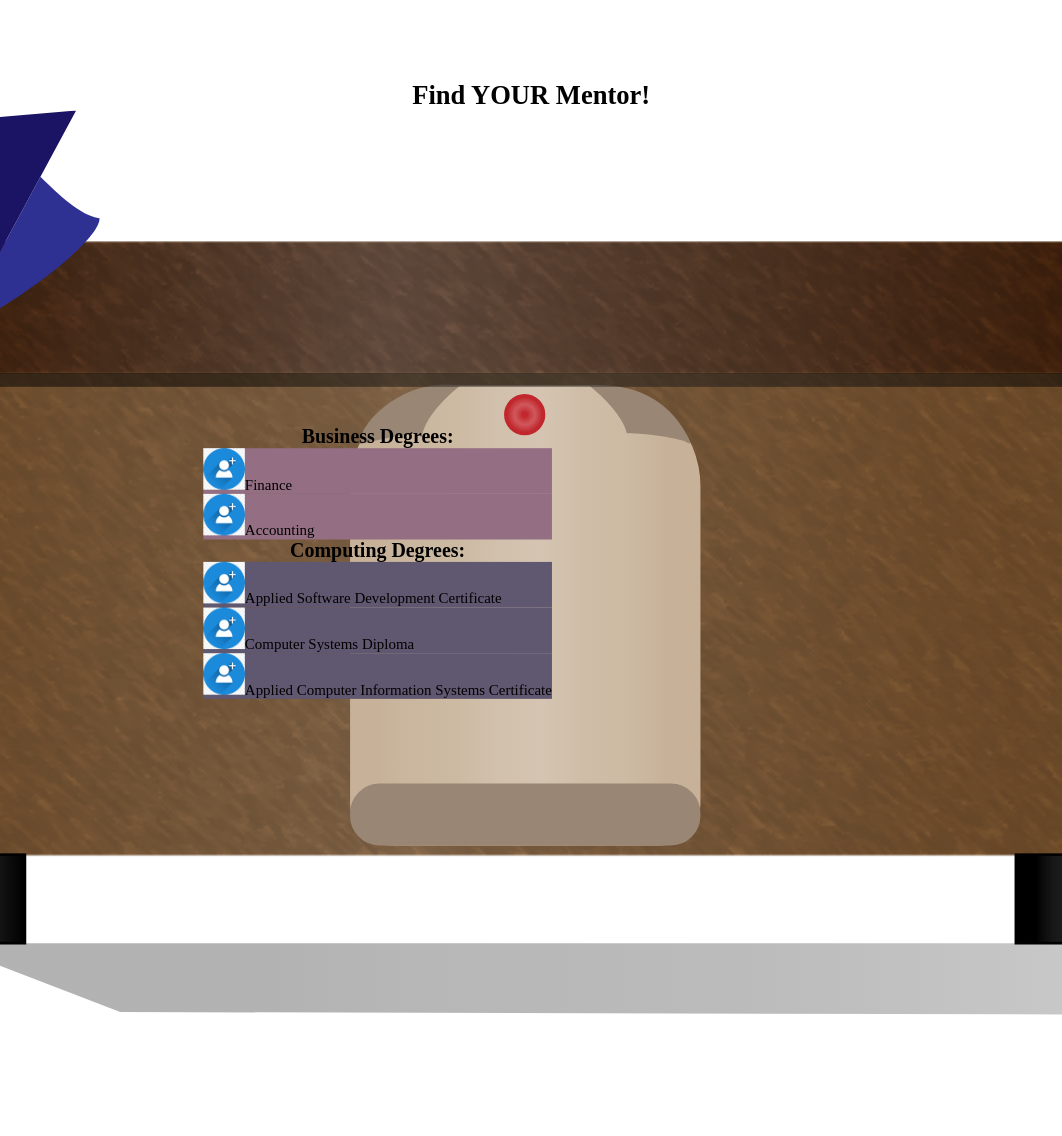
Repository: anikagrewal/week3example
Page: /home
These files come from the project's save history. The page is drawn as it stood at one moment and after the next save; the edit follows.
The browser window is 1280 px wide. The pictures show the whole page, at 83% of full size.
The project was rebuilt for these pictures with package versions that can differ from the ones it lists, and the page was loaded fresh each time. The framework's server and built-in components were replaced by stand-ins that run in the browser. Also part of the build but not shown: next.config.js.

Above is the page before, as saved 2023-01-23 01:49:17.

### pages/home.js
import Head from 'next/head'
import Image from 'next/image'
import { Inter } from '@next/font/google'
import styles from '@/styles/Home.module.css'
import data from '../data/education.json'
import { useState } from 'react'
import Card from '../components/Card'
import Link from 'next/link'

const inter = Inter({ subsets: ['latin'] })

console.log(data);
export default function Home() {

  const [information, setInformation] = useState([...data])

  return (
    <>
      <Head>
        <title>Create Next App</title>
        <meta name="description" content="Generated by create next app" />
        <meta name="viewport" content="width=device-width, initial-scale=1" />
        <link rel="icon" href="/favicon.ico" />
      </Head>
      <main className={styles.main}>

      <div className={styles.mainheader}>
        <h1>Find YOUR Mentor!</h1>

      </div>




        <div className={styles.grid}>
          <div className={styles.gridlayout}>


          <div className={styles.scroll}>

        <h2 className={styles.busdeg}>Business Degrees: </h2>
          {information && information.map((info, index) => {
            if(info.department === "Business") {
              return (
                <Card key={index} degree={info.degree} colour="#946E83" font="18px"/>
              )
            }


          })}



          <h2 className={styles.compdeg}>Computing Degrees:</h2>
            {information && information.map((info, index) => {
            if(info.department.toLowerCase() === "computing") {
              return (
                <Card key={index} degree={info.degree} colour="#605770" font="18px"/>
              )
            }
          })}



          </div>

          <Image
          className={styles.deskimage}
          width={2100}
          height={1090}
          src={'/vector/desk.svg'}

         />

        </div>
        <button className={styles.button}> <Link href="about">About</Link></button>
        </div>




      </main>
    </>
  )
}

### styles/globals.css
:root {
  --max-width: 1100px;
  --border-radius: 12px;
  --font-mono: ui-monospace, Menlo, Monaco, 'Cascadia Mono', 'Segoe UI Mono',
    'Roboto Mono', 'Oxygen Mono', 'Ubuntu Monospace', 'Source Code Pro',
    'Fira Mono', 'Droid Sans Mono', 'Courier New', monospace;

  --foreground-rgb: #E3DFFF;
  --background-start-rgb: #E3DFFF;
  --background-end-rgb: #E3DFFF;
  --background-body-color: #E3DFFF;

  --primary-glow: conic-gradient(
    from 180deg at 50% 50%,
    #16abff33 0deg,
    #0885ff33 55deg,
    #54d6ff33 120deg,
    #0071ff33 160deg,
    transparent 360deg
  );
  --secondary-glow: radial-gradient(
    rgba(#E3DFFF, 1),
    rgba(#E3DFFF, 0)
  );

  --tile-start-rgb: 239, 245, 249;
  --tile-end-rgb: 228, 232, 233;
  --tile-border: conic-gradient(
    #00000080,
    #00000040,
    #00000030,
    #00000020,
    #00000010,
    #00000010,
    #00000080
  );

  --callout-rgb: #E3DFFF;
  --callout-border-rgb: 172, 175, 176;
  --card-rgb: 180, 185, 188;
  --card-border-rgb: 131, 134, 135;
}

@media (prefers-color-scheme: dark) {
  :root {
    --foreground-rgb: #E3DFFF;
    --background-start-rgb: 0, 0, 0;
    --background-end-rgb: 0, 0, 0;

    --primary-glow: radial-gradient(rgba(1, 65, 255, 0.4), rgba(1, 65, 255, 0));
    --secondary-glow: linear-gradient(
      to bottom right,
      rgba(1, 65, 255, 0),
      rgba(1, 65, 255, 0),
      rgba(1, 65, 255, 0.3)
    );

    --tile-start-rgb: 2, 13, 46;
    --tile-end-rgb: 2, 5, 19;
    --tile-border: conic-gradient(
      #ffffff80,
      #ffffff40,
      #ffffff30,
      #ffffff20,
      #ffffff10,
      #ffffff10,
      #ffffff80
    );

    --callout-rgb: 20, 20, 20;
    --callout-border-rgb: 108, 108, 108;
    --card-rgb: 100, 100, 100;
    --card-border-rgb: 200, 200, 200;
  }
}

* {
  box-sizing: border-box;
  padding: 0;
  margin: 0;
}

html,
body {
  max-width: 100vw;
  overflow-x: hidden;
}

body {
  color: rgb(var(--foreground-rgb));
  background: linear-gradient(
      to bottom,
      transparent,
      rgb(var(--background-end-rgb))
    )
    rgb(var(--background-start-rgb));
}

a {
  color: inherit;
  text-decoration: none;
}

@media (prefers-color-scheme: dark) {
  html {
    color-scheme: light;
  }
}

### styles/Home.module.css
.main {
  display: flex;
  flex-direction: column;
  justify-content: space-between;
  align-items: center;
  padding: 6rem;
  min-height: 100vh;
}

.description {
  display: inherit;
  justify-content: inherit;
  align-items: inherit;
  font-size: 0.85rem;
  max-width: var(--max-width);
  width: 100%;
  z-index: 2;
  font-family: var(--font-mono);
}

.description a {
  display: flex;
  justify-content: center;
  align-items: center;
  gap: 0.5rem;
}

.description p {
  position: relative;
  margin: 0;
  padding: 1rem;
  background-color: rgba(var(--callout-rgb), 0.5);
  border: 1px solid rgba(var(--callout-border-rgb), 0.3);
  border-radius: var(--border-radius);
}

.code {
  font-weight: 700;
  font-family: var(--font-mono);
}

.grid {
  display: grid;
  grid-template-columns: (4, minmax(25%, auto));
  width: var(--max-width);
  max-width: 100%;
  justify-content: center;

}

.gridlayout {
  display: flex;
  flex-direction: column;
 gap: 70px;
}

.deskimage {
  z-index: 2;
}
.card {
  padding: 1rem 1.2rem;
  border-radius: var(--border-radius);
  background: rgba(var(--card-rgb), 0);
  border: 1px solid rgba(var(--card-border-rgb), 0);
  transition: background 200ms, border 200ms;
}

.card span {
  display: inline-block;
  transition: transform 200ms;
}

.card h2 {
  font-weight: 600;
  margin-bottom: 0.7rem;
}

.card p {
  margin: 0;
  opacity: 0.6;
  font-size: 0.9rem;
  line-height: 1.5;
  max-width: 30ch;
}

.center {
  display: flex;
  justify-content: center;
  align-items: center;
  position: relative;
  padding: 4rem 0;
}

.center::before {
  background: var(--secondary-glow);
  border-radius: 50%;
  width: 480px;
  height: 360px;
  margin-left: -400px;
}

.center::after {
  background: var(--primary-glow);
  width: 240px;
  height: 180px;
  z-index: -1;
}

.center::before,
.center::after {
  content: '';
  left: 50%;
  position: absolute;
  filter: blur(45px);
  transform: translateZ(0);
}

.logo,
.thirteen {
  position: relative;
}

.thirteen {
  display: flex;
  justify-content: center;
  align-items: center;
  width: 75px;
  height: 75px;
  padding: 25px 10px;
  margin-left: 16px;
  transform: translateZ(0);
  border-radius: var(--border-radius);
  overflow: hidden;
  box-shadow: 0px 2px 8px -1px #0000001a;
}

.thirteen::before,
.thirteen::after {
  content: '';
  position: absolute;
  z-index: -1;
}

.busdeg {
  display: flex;
  justify-content: center;
}

.compdeg {
  display: flex;
  justify-content: center;
}

.button {
  width: 150px;
  height: 50px;
  border-radius: 5px;
  font-size: 20px;
}

.deskimage {
  display: flex;
  justify-content: center;
  align-items: center;
  position: relative;
  z-index: -1;
  margin-left: 2.5%;
}





.scroll {
  margin-top: 380px;
  margin-left: 655px;
  position: absolute;

}

/* Conic Gradient Animation */
.thirteen::before {
  animation: 6s rotate linear infinite;
  width: 200%;
  height: 200%;
  background: var(--tile-border);
}

/* Inner Square */
.thirteen::after {
  inset: 0;
  padding: 1px;
  border-radius: var(--border-radius);
  background: linear-gradient(
    to bottom right,
    rgba(var(--tile-start-rgb), 1),
    rgba(var(--tile-end-rgb), 1)
  );
  background-clip: content-box;
}

/* Enable hover only on non-touch devices */
@media (hover: hover) and (pointer: fine) {
  .card:hover {
    background: rgba(var(--card-rgb), 0.1);
    border: 1px solid rgba(var(--card-border-rgb), 0.15);
  }

  .card:hover span {
    transform: translateX(4px);
  }
}

@media (prefers-reduced-motion) {
  .thirteen::before {
    animation: none;
  }

  .card:hover span {
    transform: none;
  }
}

/* Mobile */
@media (max-width: 700px) {
  .content {
    padding: 4rem;
  }

  .grid {
    grid-template-columns: 1fr;
    margin-bottom: 120px;
    max-width: 320px;
    text-align: center;
  }

  .card {
    padding: 1rem 2.5rem;
  }

  .card h2 {
    margin-bottom: 0.5rem;
  }

  .center {
    padding: 8rem 0 6rem;
  }

  .center::before {
    transform: none;
    height: 300px;
  }

  .description {
    font-size: 0.8rem;
  }

  .description a {
    padding: 1rem;
  }

  .description p,
  .description div {
    display: flex;
    justify-content: center;
    position: fixed;
    width: 100%;
  }

  .description p {
    align-items: center;
    inset: 0 0 auto;
    padding: 2rem 1rem 1.4rem;
    border-radius: 0;
    border: none;
    border-bottom: 1px solid rgba(var(--callout-border-rgb), 0.25);
    background: linear-gradient(
      to bottom,
      rgba(var(--background-start-rgb), 1),
      rgba(var(--callout-rgb), 0.5)
    );
    background-clip: padding-box;
    backdrop-filter: blur(24px);
  }

  .description div {
    align-items: flex-end;
    pointer-events: none;
    inset: auto 0 0;
    padding: 2rem;
    height: 200px;
    background: linear-gradient(
      to bottom,
      transparent 0%,
      rgb(var(--background-end-rgb)) 40%
    );
    z-index: 1;
  }
}

/* Tablet and Smaller Desktop */
@media (min-width: 701px) and (max-width: 1120px) {
  .grid {
    grid-template-columns: repeat(2, 50%);
  }
}

@media (prefers-color-scheme: dark) {
  .vercelLogo {
    filter: invert(1);
  }

  .logo,
  .thirteen img {
    filter: invert(1) drop-shadow(0 0 0.3rem #ffffff70);
  }
}

@keyframes rotate {
  from {
    transform: rotate(360deg);
  }
  to {
    transform: rotate(0deg);
  }
}

### data/education.json
[
        {
            "studentNumber": "A0004567",
            "firstName": "Person 1",
            "gpa": 3.8,
            "department": "Business",
            "degree": "Finance",
            "graduted": 2014
        },
        {
            "studentNumber": "A0001234",
            "firstName": "Person 2",
            "gpa": 3.5,
            "department": "Business",
            "degree": "Accounting",
            "graduted": 2010
        },
        {
            "studentNumber": "A0007890",
            "firstName": "Person 3",
            "gpa": 3.2,
            "department": "Computing",
            "degree": "Applied Software Development Certificate",
            "graduted": 2018
        },
        {
            "studentNumber": "A0007828",
            "firstName": "Person 4",
            "gpa": 3.9,
            "department": "Computing",
            "degree": "Computer Systems Diploma",
            "graduted": 2021
        },
        {
            "studentNumber": "A0003425",
            "firstName": "Person 5",
            "gpa": 3.2,
            "department": "Computing",
            "degree": "Applied Computer Information Systems Certificate",
            "graduted": 2021
        }
]

### components/Card/index.js
export default function Card({
    degree = "none",
    colour = "purple",
    font = "0",
    image = "icon/personTwo.png"
}) {
    return(
        <div style={{backgroundColor: colour, fontSize:font}}>
            {
                colour === "red" ? <img src={'icon/person.png'} width="50"/> :
                colour === "blue" ? <img src={'icon/personThree.png'} width="50"/>:
                                     <img src={image} width="50"/>
            }
            {degree}
        </div>
    )
}

Loaded but not shown: pages/_app.js (common file); pages/_document.js (common file)

After the next save:
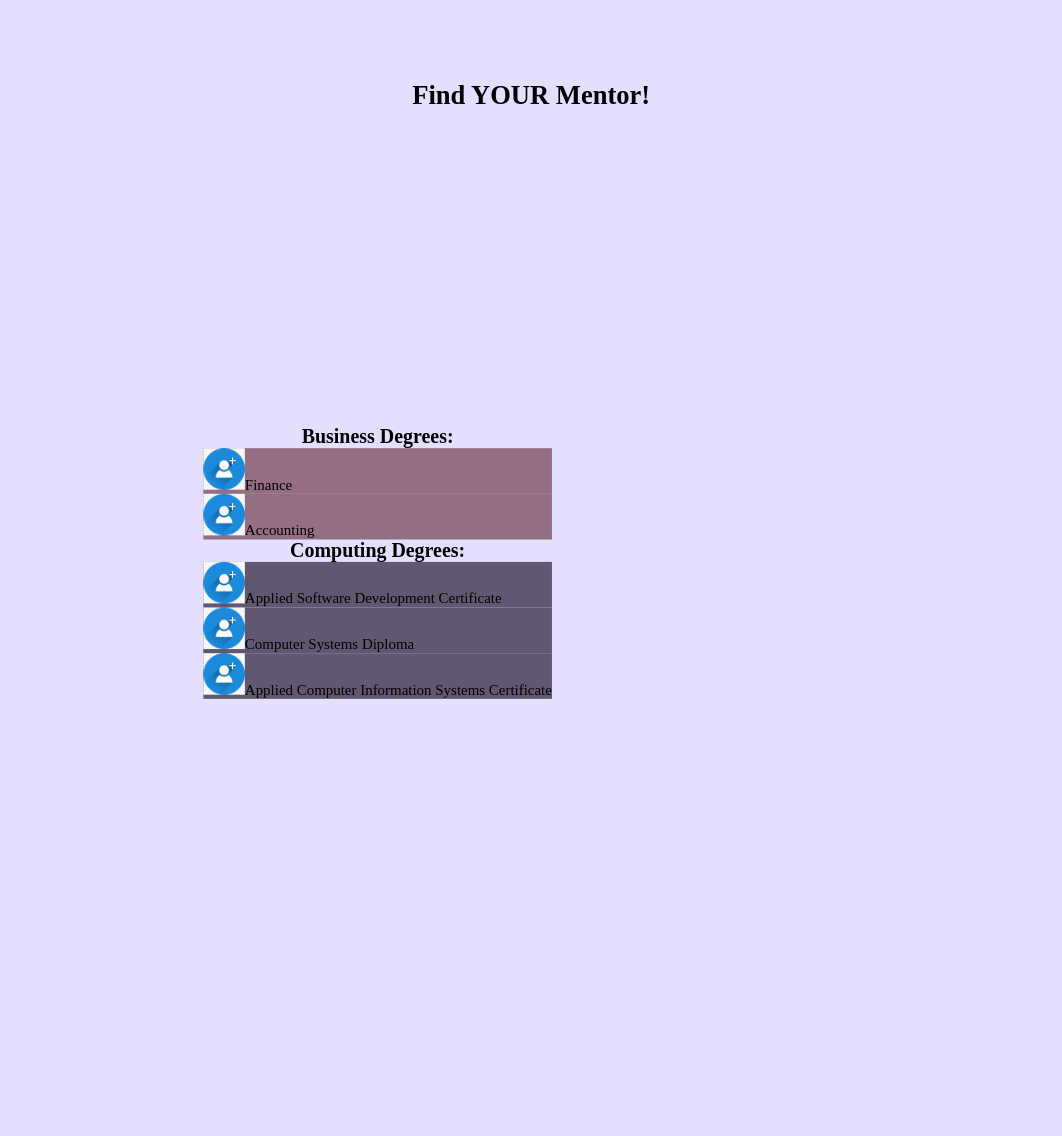
Saved 31 s later.
--- a/styles/Home.module.css
+++ b/styles/Home.module.css
@@ -5,6 +5,7 @@
   align-items: center;
   padding: 6rem;
   min-height: 100vh;
+  background-color: var(--background-body-color);
 }
 
 .description {

After the save that followed:
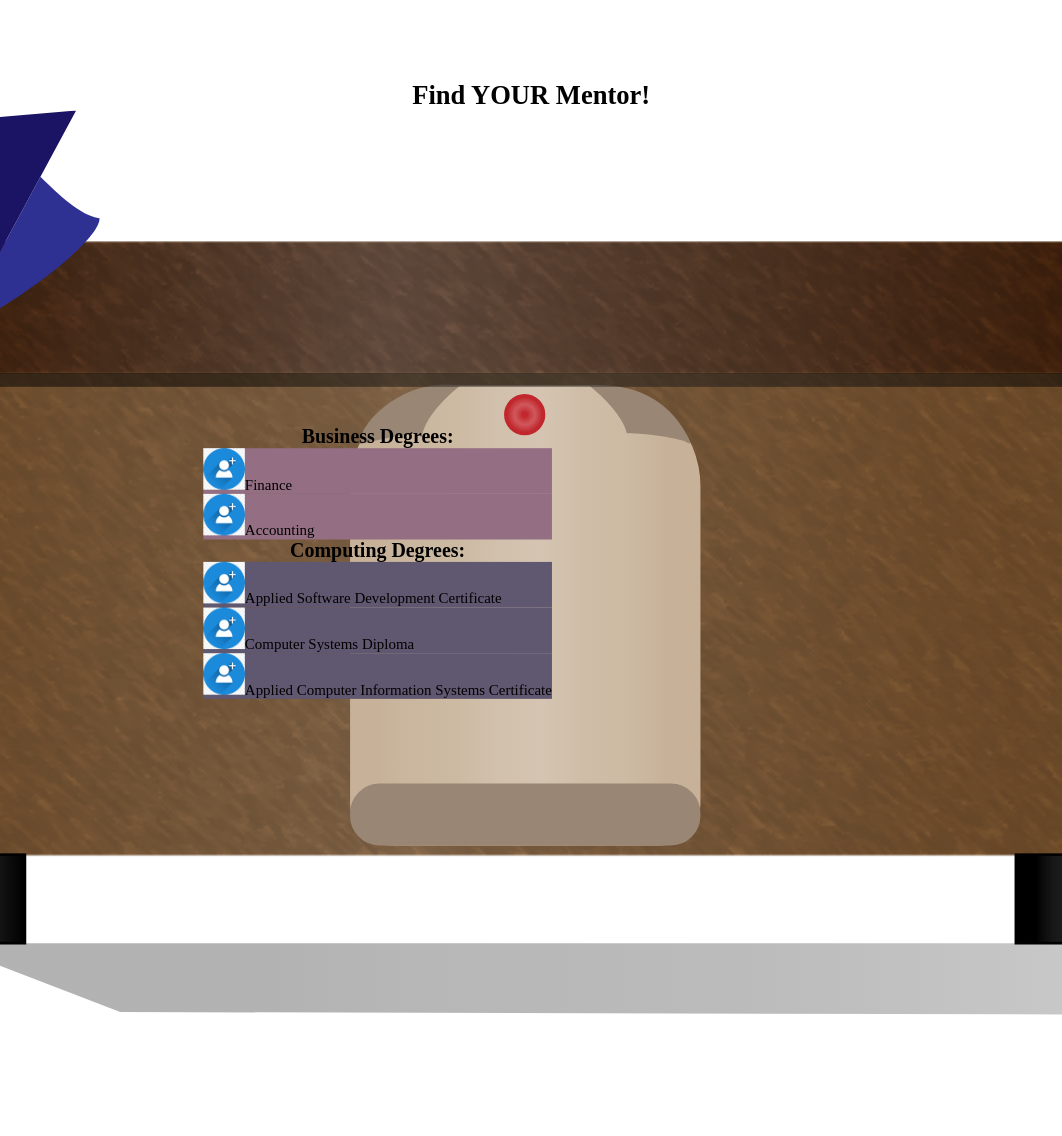
Saved 52 s later.
--- a/styles/Home.module.css
+++ b/styles/Home.module.css
@@ -5,7 +5,7 @@
   align-items: center;
   padding: 6rem;
   min-height: 100vh;
-  background-color: var(--background-body-color);
+
 }
 
 .description {
